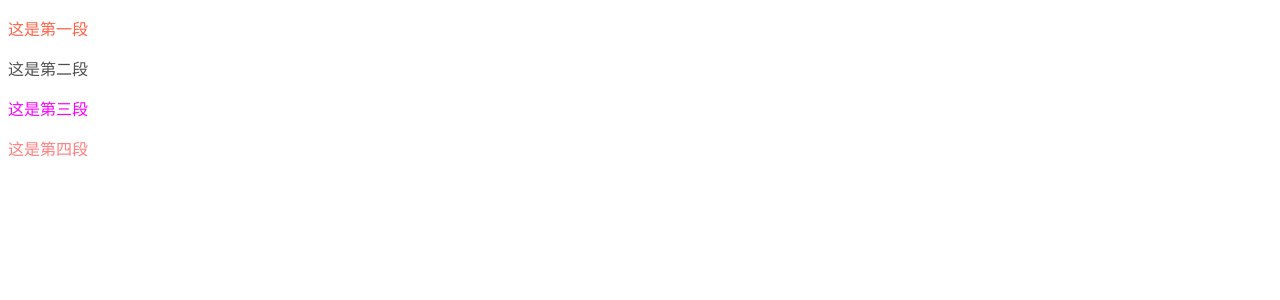
Repository: nanfengovo/CSS
Page: index.html
An editor plug-in stored every save of this project. The page is shown before and after the next save, followed by the edit.
The browser window is 1280 px wide. The pictures show the whole page.

Above is the page before, as saved 2024-12-31 22:50:29.

After the next save:
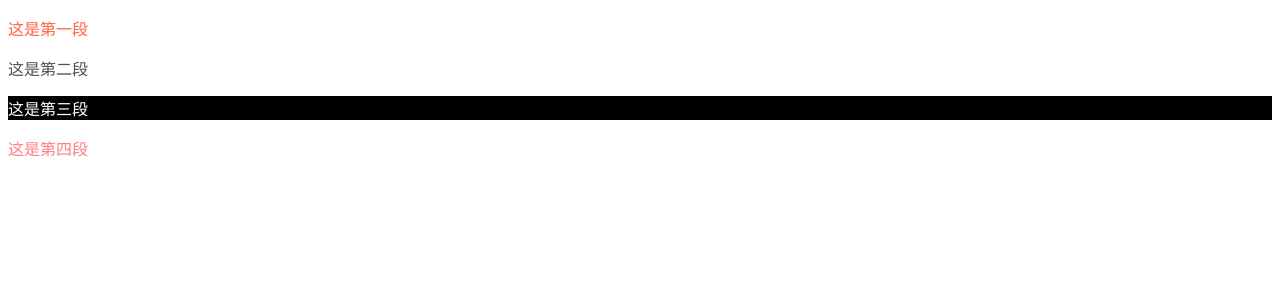
Saved 3 min 55 s later.
--- a/index.html
+++ b/index.html
@@ -15,7 +15,8 @@
             color: rgb(78, 81, 78);
         }
         #p3{
-            color: #ff00ff;
+            color: #ffffff;
+            background-color: black;
         }
         #p4{
             color: rgba(255, 0, 0, 0.5);
